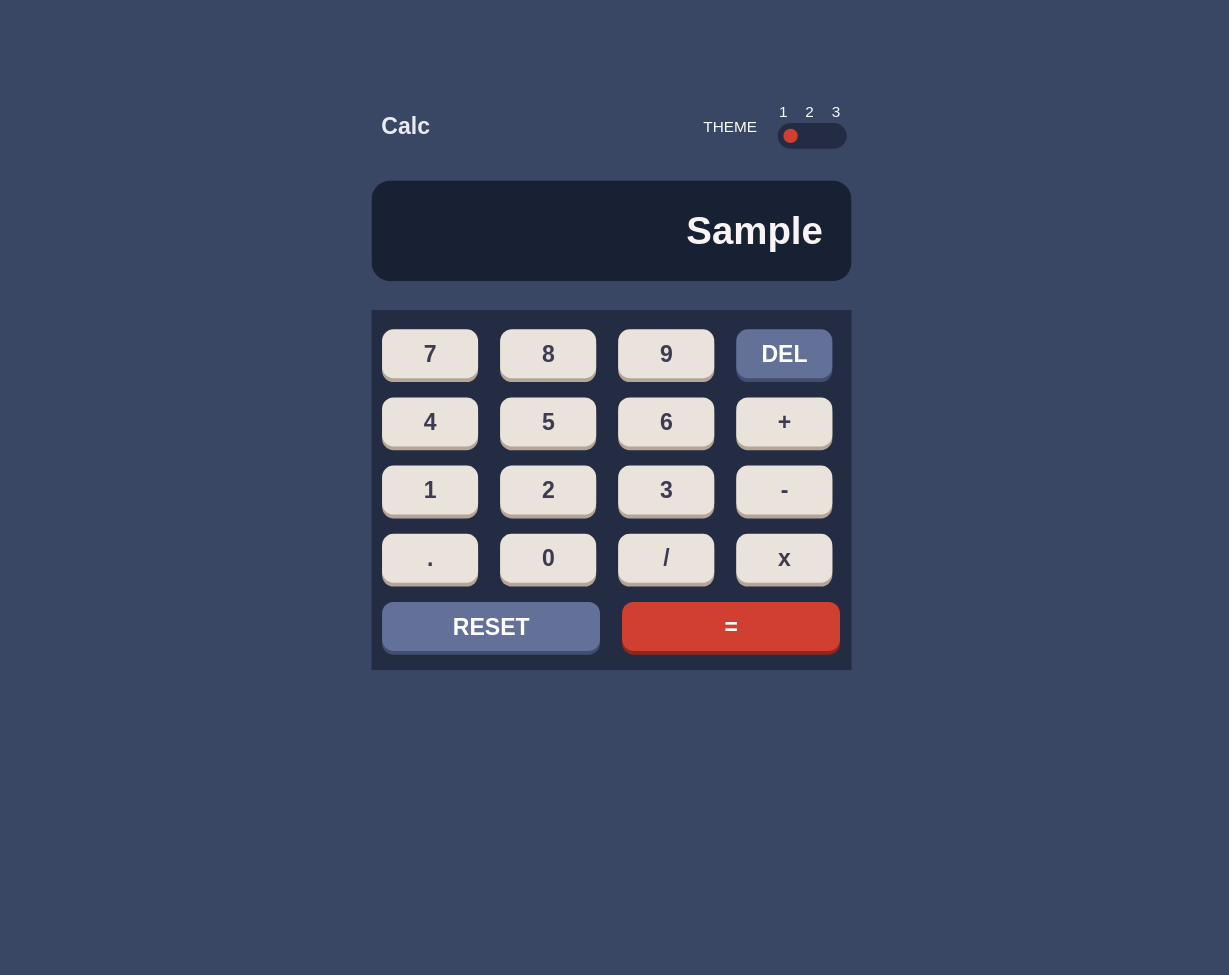
Repository: Bakyproit/Calcutor
Page: index.html
The author's editor kept a copy of each file at every save. The page is drawn from the files as they stood at one save, then again after the next save.
The browser window is 1280 px wide. The pictures show the whole page, at 96% of full size.
Empty fields were first filled with sample values (such as "Sample", 5 or name@example.com).
After loading, the first visible `#two` was clicked once.

Above is the page before, as saved 2022-02-11 17:28:40.

After the next save:
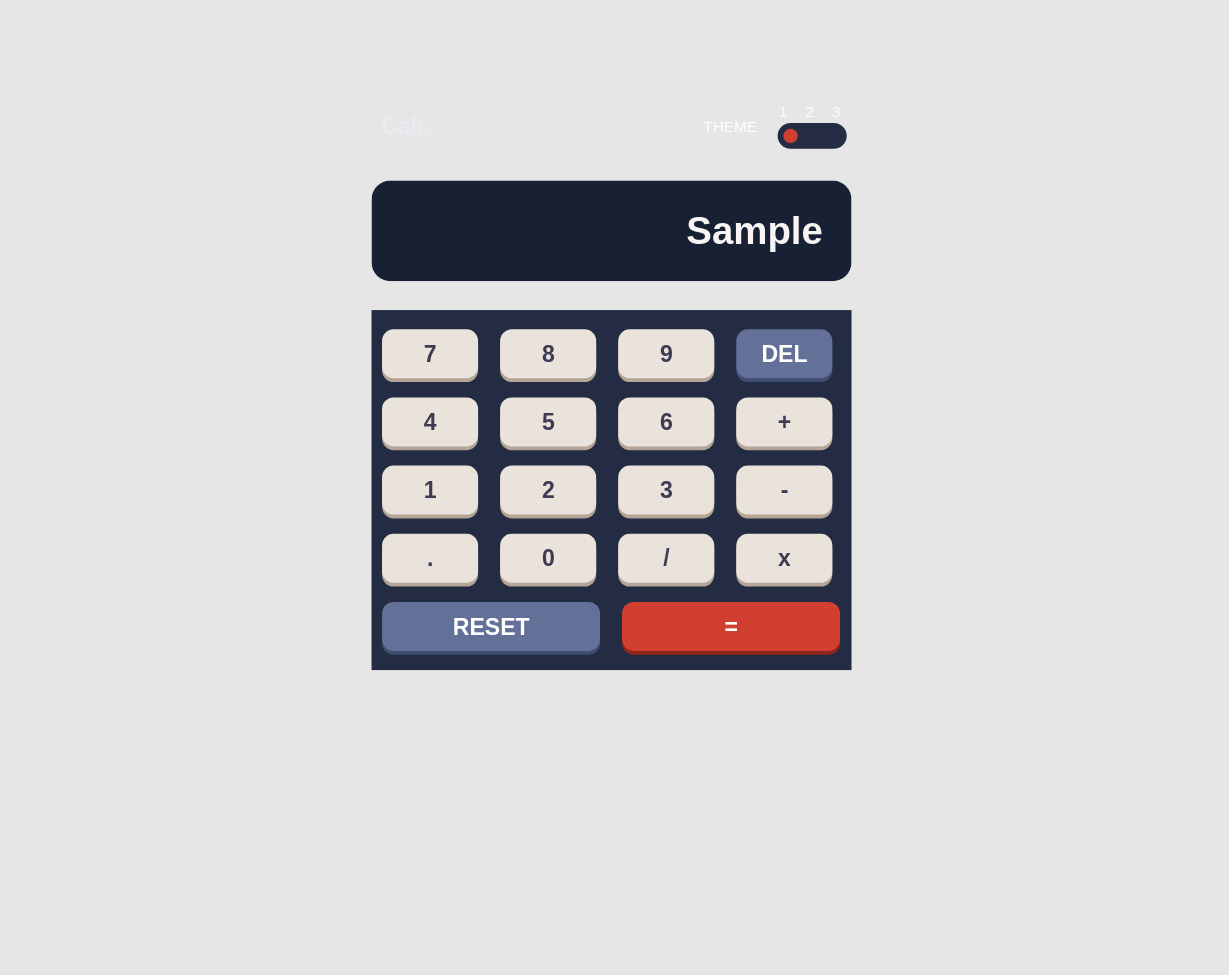
Saved 6 s later.
--- a/app.js
+++ b/app.js
@@ -33,5 +33,5 @@ const three = document.getElementById("three") ;
 
 two.addEventListener("click" , function(){
     const body = document.querySelector("body") ;
-    body.classList.add("active") ;
+    body.classList.add("active2") ;
 });
